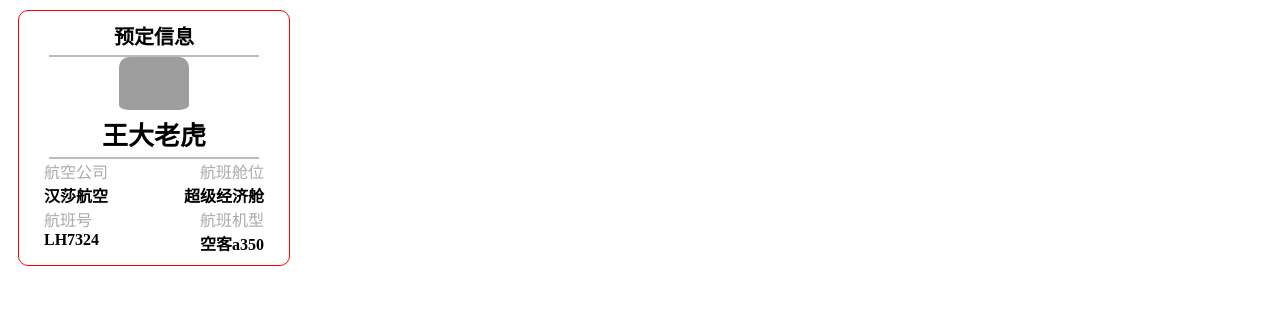
Repository: xzm1997/react-learning
Page: /
The author's editor kept a copy of each file at every save. The page is drawn from the files as they stood at one save, then again after the next save.
The browser window is 1280 px wide. The pictures show the whole page.
Pictures or frames that could not be fetched are drawn as grey boxes. The project was rebuilt for these pictures with package versions that can differ from the ones it lists, and the page was loaded fresh each time.

Above is the page before, as saved 2023-01-31 11:02:51.

### src/index.js
import React from 'react';
import ReactDOM from 'react-dom/client';
import './index.css';

export function UserInfo(props) {
  return (
    <div className='userInfo'>
      <img
        src='https://img1.baidu.com/it/u=2017107515,121176475&fm=253&fmt=auto&app=138&f=JPEG?w=500&h=500'
        alt='ava'
        className='ava'
      ></img>
      <div className='userName'>{props.userName}</div>
    </div>
  )
}

export function InfoShow(props) {
  return (
    <div>
      <div className='bookTitle'>{props.title}</div>
      <div className='bookContent'>{props.content}</div>
    </div>
  )
}

export function BookInfo(props) {
  return (
    <div className='contentDisplay'>
      <div className='totalTitle'>预定信息</div>
      <UserInfo userName={props.userName} />
      <div className='infoDisplay'>
        <div className='infoItem leftSide'>
          <InfoShow title='航空公司' content={props.ticketInfo.airline}/>
          <InfoShow title='航班号' content={props.ticketInfo.flightNum}/>
        </div>
        <div className='infoItem rightSide'>
          <InfoShow title='航班舱位' content={props.ticketInfo.level}/>
          <InfoShow title='航班机型' content={props.ticketInfo.plane}/>
        </div>
      </div>
    </div>
    )
}

export function Root() {
  const userName = '王大老虎';
  const ticketInfo = {
    airline : '汉莎航空',
    flightNum : 'LH7324',
    level : '超级经济舱',
    plane : '空客a350'
  }
  return (
    <div>
      <BookInfo
        userName={userName}
        ticketInfo={ticketInfo}
      />
    </div>
  )
}

// ========================================

const root = ReactDOM.createRoot(document.getElementById("root"));
root.render(<Root />);

### src/index.css
.contentDisplay {
  width: 250px;
  border: solid 1px red;
  border-radius: 10px;
  padding:10px;
  margin: 10px;
  display: flex;
  flex-direction: column;
  align-items: center;
}

.userInfo {
  display: flex;
  flex-direction: column;
  align-items: center;
  width: 210px;
  padding-bottom: 5px;
  border-bottom: solid 2px #bbb;
}

.ava {
  width: 70px;
  border-radius: 10px;
  padding-bottom: 5px;
}

.userName {
  font-weight: 700;
  font-size: 26px;
}

.bookTitle {
  color: #aaa;
}

.totalTitle {
  font-size: 20px;
  font-weight: 700;
  text-align: center;
  width: 210px;
  padding-bottom: 5px;
  border-bottom: solid 2px #bbb;
}

.bookContent {
  font-weight: 700;
}

.infoDisplay {
  display: flex;
}

.infoItem {
  width: 110px;
}

.rightSide {
  text-align: right;
}

Loaded but not shown: public/index.html (common file)

After the next save:
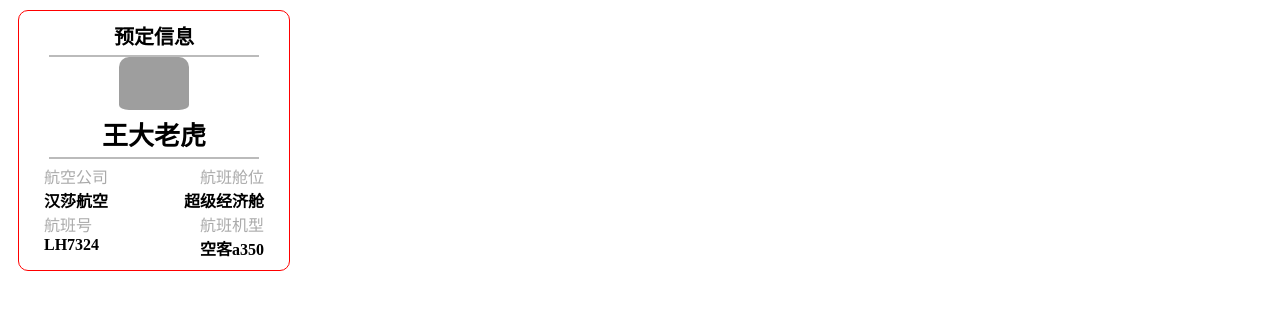
Saved 16 s later.
--- a/src/index.css
+++ b/src/index.css
@@ -48,6 +48,7 @@
 
 .infoDisplay {
   display: flex;
+  padding-top: 5px;
 }
 
 .infoItem {
